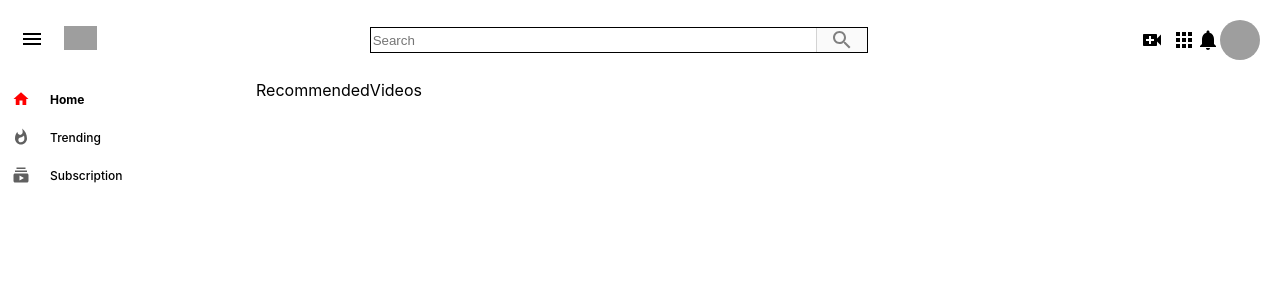
Repository: SubhashiniSundaresan/youtube-clone
Page: /
The author's editor kept a copy of each file at every save. The page is drawn from the files as they stood at one save, then again after the next save.
The browser window is 1280 px wide. The pictures show the whole page.
Pictures or frames that could not be fetched are drawn as grey boxes. The project was rebuilt for these pictures with package versions that can differ from the ones it lists, and the page was loaded fresh each time.

Above is the page before, as saved 2020-12-23 16:26:54.

### src/App.js
import "./App.css";
import Header from "./Header";
import RecommendedVideos from "./RecommendedVideos";
import Sidebar from "./Sidebar";

function App() {
  return (
    <div className='app'>
      <Header />
      <div className='app__page'>
        <Sidebar />
        <RecommendedVideos />
      </div>
    </div>
  );
}

export default App;

### src/App.css
.app__page {
    display: flex;

}

### src/Header.js
import React from "react";
import MenuIcon from "@material-ui/icons/Menu";
import SearchIcon from "@material-ui/icons/Menu";
import { Apps, Notifications, Search, VideoCall } from "@material-ui/icons";
import { Avatar } from "@material-ui/core";
import "./Header.css";
function Header() {
  return (
    <div className='header'>
      <div className='header__left'>
        <MenuIcon />
        <img
          className='header__logo'
          src='https://upload.wikimedia.org/wikipedia/commons/thumb/a/af/Youtube.png/320px-Youtube.png'
          alt=''></img>
      </div>

      <div className='header__input'>
        <input placeholder='Search' type='text'></input>
        <Search className='header__inputButton' />
      </div>
      <div className='header__icons'>
        <VideoCall className='header__icon' />
        <Apps />
        <Notifications />
        <Avatar
          alt='subhashini'
          src='https://yt3.ggpht.com/yti/ANoDKi4bv7sfd1_sBv-rZAj3JLY49-VUpVyAS2WmagLTqA=s108-c-k-c0x00ffffff-no-rj'
        />
      </div>
    </div>
  );
}

export default Header;

### src/RecommendedVideos.js
import React from "react";
import "./RecommendedVideos.css";

function RecommendedVideos() {
  return <div className='recommendedVideos'>RecommendedVideos</div>;
}

export default RecommendedVideos;

### src/Sidebar.js
import { Home, Subscriptions, Whatshot } from "@material-ui/icons";
import React from "react";
import "./Sidebar.css";
import SidebarRow from "./SidebarRow";

function Sidebar() {
  return (
    <div className='sidebar'>
      <SidebarRow selected Icon={Home} title='Home' />
      <SidebarRow Icon={Whatshot} title='Trending' />
      <SidebarRow Icon={Subscriptions} title='Subscription' />
    </div>
  );
}

export default Sidebar;

### src/Header.css
.header {
    display: flex;
align-items: center;
justify-content: space-between;
padding: 20px;
position: sticky;
top: 0;
z-index:100;
background-color: white;
}

.header__logo {
    height: 25px;
    object-fit: contain;
    margin-left: 20px;

}

.header__icons {
    display: flex;
align-items: center;


}

.header__input {
    display: flex;
align-items: center;
border: 1px solid black;
width: 40%;
}


.header__inputButton {
    width: 50px !important;
    background-color: #fafafa;
    border-left: 1px solid lightgray;
    color: gray;
}

.header__input > input {
    flex:1;
    border: none;
}

.header__icon {
    margin-right: 8px;
}

### src/RecommendedVideos.css
.recommendedVideos {
    flex: 0.8;
}

### src/Sidebar.css
.sidebar {
    flex: 0.2;
}

### src/SidebarRow.js
import React from "react";
import "./SideBarRow.css";
function SidebarRow({ selected, Icon, title }) {
  return (
    <div className={`sidebarRow ${selected && "selected"}`}>
      <Icon className='sidebarRow__icon' />
      <h2 className='sidebarRow__title'>{title}</h2>
    </div>
  );
}

export default SidebarRow;

### src/SideBarRow.css
.sidebarRow {
    display: flex;
    align-items: center;
    padding: 10px 12px;
}

.sidebarRow__icon {
color: #606060;
font-size: large !important;

}

.sidebarRow__title {
    flex: 1;
    margin-left: 20px;
    font-size: 12px;
    font-weight: 500;
}

.sidebarRow:hover {
background-color: lightgray;
cursor: pointer;
}

.sidebarRow:hover > .sidebarRow__icon{
    color: red;
    }

    .sidebarRow:hover > .sidebarRow__title{
        font-weight: bold;

        }

        .sidebarRow.selected >.sidebarRow__icon {
            color: red;
        }

         .sidebarRow.selected >.sidebarRow__title {
             font-weight: bold;

         }

Loaded but not shown: public/index.html (common file); src/index.js (common file); src/index.css (common file); src/reportWebVitals.js (common file)

After the next save:
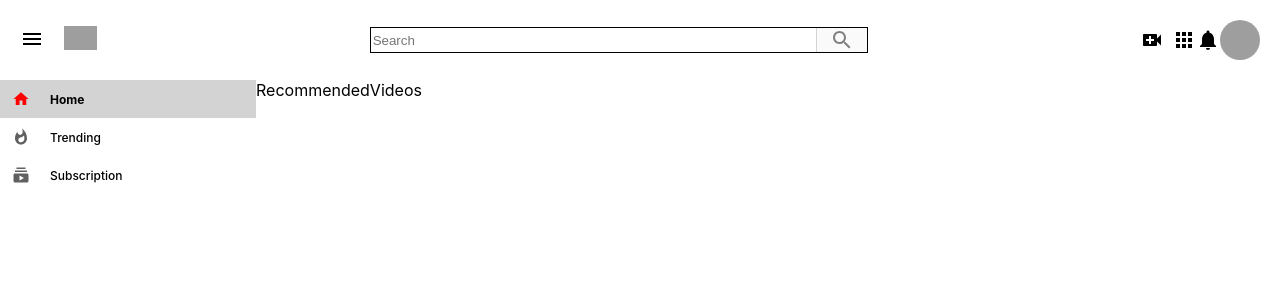
Saved 40 s later.
--- a/src/SideBarRow.css
+++ b/src/SideBarRow.css
@@ -39,3 +39,8 @@
              font-weight: bold;
 
          }
+
+                  .sidebarRow.selected {
+                      background-color: lightgray;
+
+                  }
